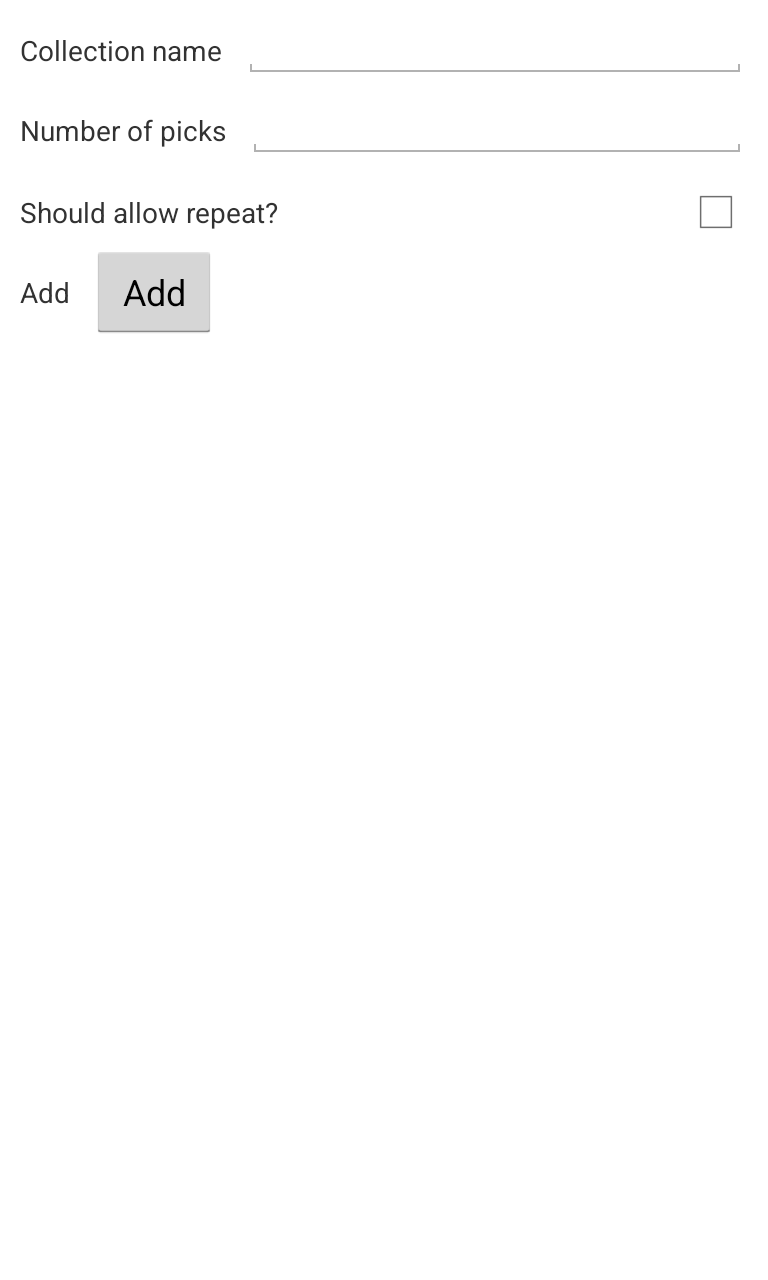
Repository: nqmtuan/RandomRandomizerAndroid
Layout: Workspace/RandomRandomizer/res/layout/create_edit_random_collection.xml
These files come from the project's save history. The layout is drawn as it stood at one moment and after the next save; the edit follows.
It is drawn on a 768 x 1280 px phone screen (xhdpi) without system bars, with theme AppTheme; the app's code is not run.

Above is the layout before, as saved 2013-07-30 14:58:36.

### Workspace/RandomRandomizer/res/layout/create_edit_random_collection.xml
<?xml version="1.0" encoding="utf-8"?>
<RelativeLayout xmlns:android="http://schemas.android.com/apk/res/android"
    android:layout_width="match_parent"
    android:layout_height="match_parent" >

    <ScrollView
        android:id="@+id/create_random_collection_scroll_view"
        android:layout_width="match_parent"
        android:layout_height="match_parent" >

        <RelativeLayout
            android:id="@+id/create_random_collection_main_container"
            android:layout_width="match_parent"
            android:layout_height="wrap_content"
            android:layout_marginLeft="10dp" >

            <RelativeLayout
                android:id="@+id/create_random_collection_info_container"
                android:layout_width="match_parent"
                android:layout_height="wrap_content" >

                <RelativeLayout
                    android:id="@+id/create_random_collection_name_container"
                    android:layout_width="match_parent"
                    android:layout_height="wrap_content"
                    android:layout_marginTop="10dp" >

                    <TextView
                        android:id="@+id/create_random_collection_name_text_view"
                        android:layout_width="wrap_content"
                        android:layout_height="wrap_content"
                        android:layout_centerVertical="true"
                        android:text="@string/random_collection_name_label" />

                    <EditText
                        android:id="@+id/create_random_collection_name_edit_text"
                        android:layout_width="fill_parent"
                        android:layout_height="30dp"
                        android:layout_marginLeft="10dp"
                        android:layout_marginRight="10dp"
                        android:layout_toRightOf="@+id/create_random_collection_name_text_view" />
                </RelativeLayout>

                <RelativeLayout
                    android:id="@+id/create_random_collection_nselection_container"
                    android:layout_width="match_parent"
                    android:layout_height="wrap_content"
                    android:layout_below="@+id/create_random_collection_name_container"
                    android:layout_marginTop="10dp" >

                    <TextView
                        android:id="@+id/create_random_collection_nselection_text_view"
                        android:layout_width="wrap_content"
                        android:layout_height="wrap_content"
                        android:layout_centerVertical="true"
                        android:text="@string/random_collection_nselection_label" />

                    <EditText
                        android:id="@+id/create_random_collection_nselection_edit_text"
                        android:layout_width="fill_parent"
                        android:layout_height="30dp"
                        android:layout_marginLeft="10dp"
                        android:layout_marginRight="10dp"
                        android:layout_toRightOf="@+id/create_random_collection_nselection_text_view"
                        android:inputType="number" />
                </RelativeLayout>

                <RelativeLayout
                    android:id="@+id/create_random_collection_should_allow_repeat_container"
                    android:layout_width="match_parent"
                    android:layout_height="wrap_content"
                    android:layout_below="@+id/create_random_collection_nselection_container"
                    android:layout_marginTop="10dp" >

                    <TextView
                        android:id="@+id/create_random_collection_should_allow_repeat_text_view"
                        android:layout_width="wrap_content"
                        android:layout_height="wrap_content"
                        android:layout_centerVertical="true"
                        android:text="@string/random_collection_should_allow_repeat_label" />

                    <CheckBox
                        android:id="@+id/create_random_collection_should_allow_repeat_check_box"
                        android:layout_width="wrap_content"
                        android:layout_height="wrap_content"
                        android:layout_alignParentRight="true"
                        android:layout_marginRight="10dp" />
                </RelativeLayout>
            </RelativeLayout>

            <RelativeLayout
                android:id="@+id/create_random_collection_image_container"
                android:layout_width="match_parent"
                android:layout_height="match_parent"
                android:layout_below="@+id/create_random_collection_info_container" >

                <RelativeLayout
                    android:id="@+id/create_random_collection_image_container_line1"
                    android:layout_width="match_parent"
                    android:layout_height="wrap_content" >

                    <TextView
                        android:id="@+id/create_random_collection_image_label"
                        android:layout_width="wrap_content"
                        android:layout_height="wrap_content"
                        android:layout_centerVertical="true"
                        android:text="@string/random_collection_add_image_label" />

                    <Button
                        android:id="@+id/create_random_collection_image_add_button"
                        android:layout_width="wrap_content"
                        android:layout_height="wrap_content"
                        android:layout_centerVertical="true"
                        android:layout_marginLeft="10dp"
                        android:layout_toRightOf="@+id/create_random_collection_image_label"
                        android:text="@string/random_collection_add_image_label" />
                </RelativeLayout>
            </RelativeLayout>
        </RelativeLayout>
    </ScrollView>

</RelativeLayout>

### Workspace/RandomRandomizer/res/values/strings.xml
<?xml version="1.0" encoding="utf-8"?>
<resources>

    <string name="app_name">Random Randomizer</string>
    <string name="action_settings">Settings</string>
    <string name="hello_world">Hello world!</string>
    <string name="random_collection_name_label">Collection name</string>
    <string name="random_collection_nselection_label">Number of picks</string>
    <string name="random_collection_should_allow_repeat_label">Should allow repeat?</string>
    <string name="random_collection_images_label">Images</string>
    <string name="random_collection_add_image_label">Add</string>
    <string name="random_collection_text_label">Text (Comma-seperated, e.g. rock,paper,scissor)</string>

</resources>

Loaded but not shown: Workspace/RandomRandomizer/res/values/styles.xml (common file); Workspace/RandomRandomizer/res/values-v11/styles.xml (common file); Workspace/RandomRandomizer/res/values-v14/styles.xml (common file)

After the next save:
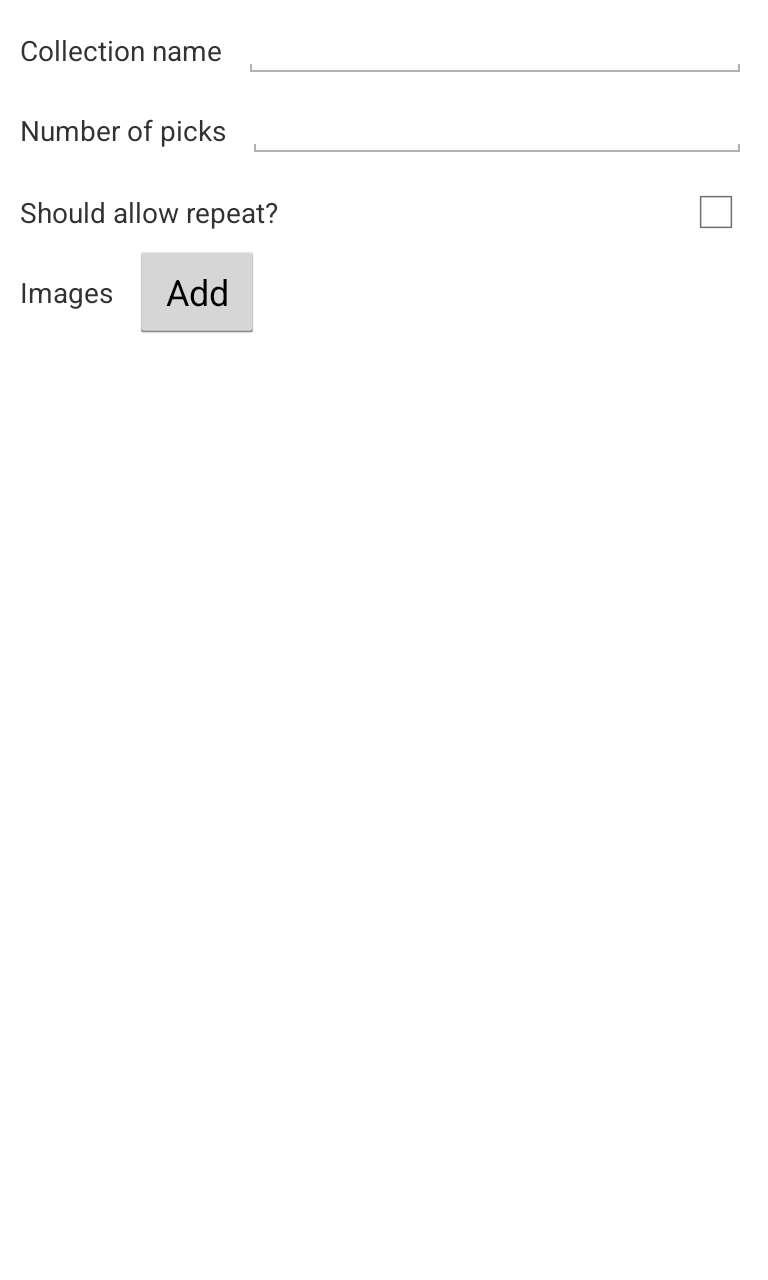
Saved 20 s later.
--- a/Workspace/RandomRandomizer/res/layout/create_edit_random_collection.xml
+++ b/Workspace/RandomRandomizer/res/layout/create_edit_random_collection.xml
@@ -104,7 +104,7 @@
                         android:layout_width="wrap_content"
                         android:layout_height="wrap_content"
                         android:layout_centerVertical="true"
-                        android:text="@string/random_collection_add_image_label" />
+                        android:text="@string/random_collection_images_label" />
 
                     <Button
                         android:id="@+id/create_random_collection_image_add_button"
